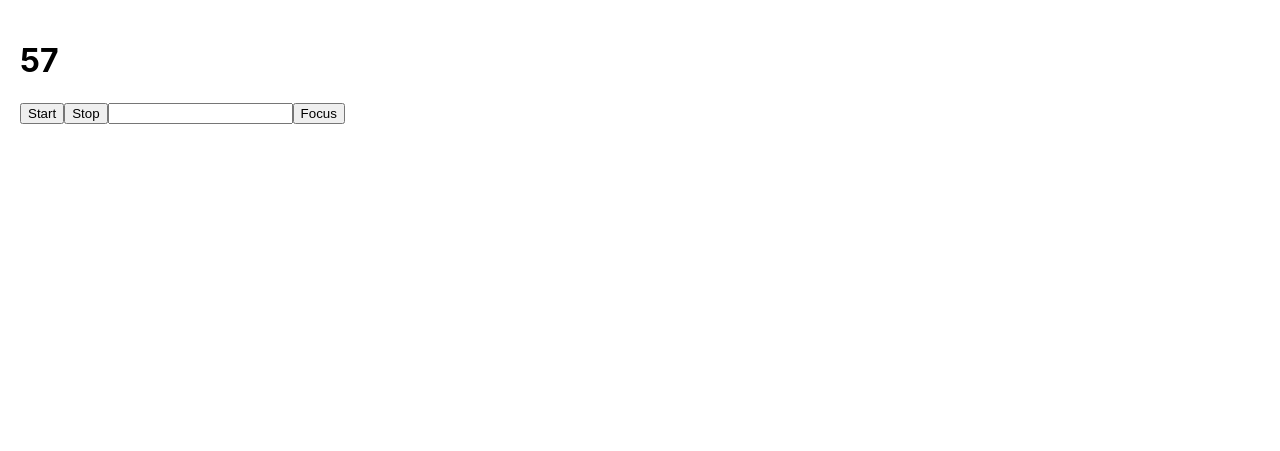
Repository: haidawngvn/hooks-bible
Page: /, after clicking the first element matching `button`
The author's editor kept a copy of each file at every save. The page is drawn from the files as they stood at one save, then again after the next save.
The browser window is 1280 px wide. The pictures show the whole page.
The project was rebuilt for these pictures with package versions that can differ from the ones it lists, and the page was loaded fresh each time.

Above is the page before, as saved 2022-07-29 10:47:00.

After the next save:
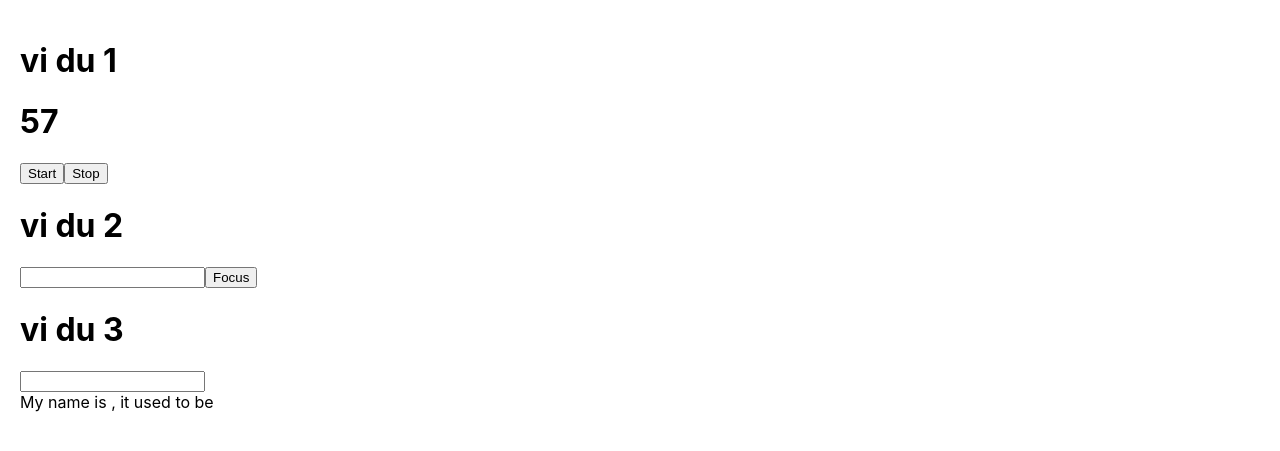
Saved 3 min 17 s later.
--- a/src/App.js
+++ b/src/App.js
@@ -13,12 +13,14 @@ import  { useEffect, useLayoutEffect, useState, useRef } from 'react'
 function App(){
 
     const [count, setCount] = useState(60)
+    const [name, setName] = useState('')
 
     // nếu kh truyền init value vô useRef thì timerId.current lúc này là undefined
     const timerId = useRef()
     const prevCount = useRef()
     const h1Ref = useRef()
     const inputRef = useRef()
+    const prevName = useRef('')
 
     useEffect(() => {
         prevCount.current = count
@@ -46,11 +48,16 @@ function App(){
 
     return(
         <div style={{ padding : 20 }}>
+            <h1>vi du 1</h1>
             <h1 ref={h1Ref}>{count}</h1>
             <button onClick={handleStart}>Start</button>
             <button onClick={handleStop}>Stop</button>
+            <h1>vi du 2</h1>
             <input type="text" ref={inputRef} />
             <button onClick={focus}>Focus</button>
+            <h1>vi du 3</h1>
+            <input type="text" value={name} onChange={e => setName(e.target.value)} />
+            <div>My name is {name}, it used to be {}</div>
         </div>
     )
 }
